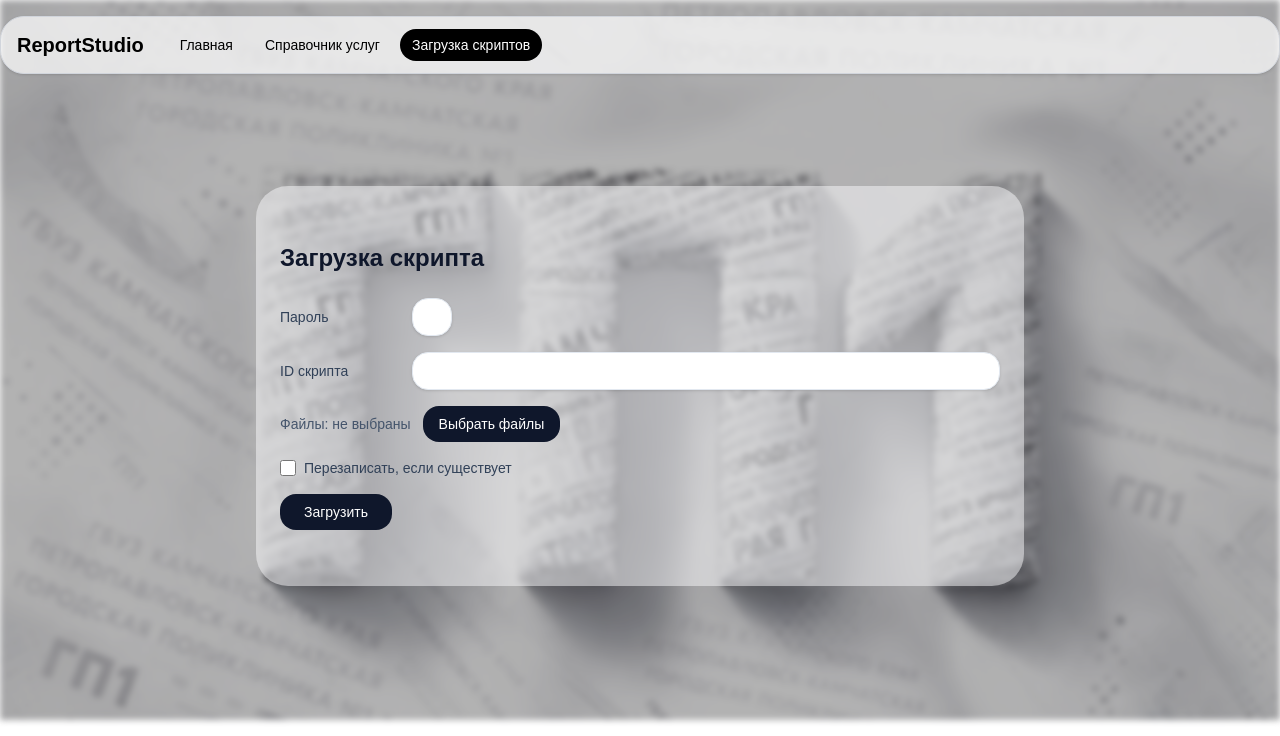
Repository: vladzap2423/report_studio_v2
Page: /load
The author's editor kept a copy of each file at every save. The page is drawn from the files as they stood at one save, then again after the next save.
The browser window is 1280 px wide. The pictures show the whole page.
The project was rebuilt for these pictures with package versions that can differ from the ones it lists, and the page was loaded fresh each time. The framework's server and built-in components were replaced by stand-ins that run in the browser. Also part of the build but not shown: next.config.ts.

Above is the page before, as saved 2026-03-17 15:25:24.

### src/app/layout.tsx
import type { Metadata } from "next";
import { Geist, Geist_Mono } from "next/font/google";
import "./globals.css";
import Header from "./components/Header";

const geistSans = Geist({
  variable: "--font-geist-sans",
  subsets: ["latin"],
});

const geistMono = Geist_Mono({
  variable: "--font-geist-mono",
  subsets: ["latin"],
});

export const metadata: Metadata = {
  title: "Create Next App",
  description: "Generated by create next app",
};

export default function RootLayout({
  children,
}: Readonly<{
  children: React.ReactNode;
}>) {
  return (
    <html lang="en">
      <body
        className={`${geistSans.variable} ${geistMono.variable} antialiased`}
      >
        <Header

          title="ReportStudio"
          links={[
            { label: "Главная", href: "/" },
            { label: "Справочник услуг", href: "/services" },
            { label:"Загрузка скриптов", href: "/load"}
          ]}
        />
        {children}
      </body>
    </html>
  );
}

### src/app/load/page.tsx
"use client";

import { useState, useRef, useCallback } from "react";

export default function LoadPage() {
  const [password, setPassword] = useState("");
  const [id, setId] = useState("");
  const [files, setFiles] = useState<File[]>([]);
  const [overwrite, setOverwrite] = useState(false);
  const [error, setError] = useState<string | null>(null);
  const [success, setSuccess] = useState<string | null>(null);
  const [loading, setLoading] = useState(false);

  const inputRef = useRef<HTMLInputElement | null>(null);

  const onPickClick = useCallback(() => {
    inputRef.current?.click();
  }, []);

  const handlePicked = useCallback((picked: File[]) => {
    setFiles(picked);
  }, []);

  const uploadScripts = useCallback(async () => {
    setError(null);
    setSuccess(null);

    if (!files.length) return setError("Выберите файлы скрипта.");
    if (!id.trim()) return setError("Укажите ID скрипта.");
    if (password !== "Zx44tfW") return setError("Неверный пароль.");

    setLoading(true);
    try {
      const fd = new FormData();
      fd.append("scriptId", id.trim());
      fd.append("password", password);
      if (overwrite) fd.append("overwrite", "1");
      for (const f of files) fd.append("files", f, (f as any).webkitRelativePath || f.name);

      const res = await fetch("/api/scripts/upload", { method: "POST", body: fd });
      if (!res.ok) throw new Error(`HTTP ${res.status}`);

      setSuccess("Скрипт загружен.");
      setFiles([]);
      setId("");
      setPassword("");
      if (inputRef.current) inputRef.current.value = "";
    } catch {
      setError("Не удалось загрузить скрипт.");
    } finally {
      setLoading(false);
    }
  }, [files, id, password, overwrite]);

  return (
      <div className="mx-auto max-w-3xl px-6 py-14 bg-gray-50/50 rounded-4xl mt-28">
        <h1 className="text-2xl font-semibold text-slate-900 mb-6">Загрузка скрипта</h1>

        <div className="grid gap-3 sm:grid-cols-[120px_1fr] sm:items-center mb-4">
          <label className="text-sm font-medium text-slate-700">Пароль</label>
          <input
            type="password"
            value={password}
            onChange={(e) => setPassword(e.target.value)}
            className="w-10 rounded-2xl border border-slate-200 bg-white px-4 py-2 text-sm text-slate-900 shadow-sm focus:outline-none focus:ring-4 focus:ring-slate-200"
          />
        </div>

        <div className="grid gap-3 sm:grid-cols-[120px_1fr] sm:items-center mb-4">
          <label className="text-sm font-medium text-slate-700">ID скрипта</label>
          <input
            type="text"
            value={id}
            onChange={(e) => setId(e.target.value)}
            className="w-full rounded-2xl border border-slate-200 bg-white px-4 py-2 text-sm text-slate-900 shadow-sm focus:outline-none focus:ring-4 focus:ring-slate-200"
          />
        </div>

        <div className="flex flex-wrap items-center gap-3 mb-4 text-sm text-slate-600">
          <div>Файлы: {files.length ? `${files.length} шт.` : "не выбраны"}</div>
          <button
            type="button"
            onClick={onPickClick}
            className="rounded-2xl bg-slate-900 px-4 py-2 text-white hover:bg-slate-800"
          >
            Выбрать файлы
          </button>
          <input
            ref={inputRef}
            type="file"
            multiple
            className="hidden"
            onChange={(e) => {
              const picked = Array.from(e.target.files || []);
              if (!picked.length) return;
              handlePicked(picked);
            }}
            {...({ webkitdirectory: "true"} as any)}
          />
        </div>

        <div className="flex items-center gap-2 mb-4">
          <input
            type="checkbox"
            checked={overwrite}
            onChange={(e) => setOverwrite(e.target.checked)}
            id="overwrite"
            className="w-4 h-4 rounded border-slate-300 text-slate-900 focus:ring-slate-200"
          />
          <label htmlFor="overwrite" className="text-sm text-slate-700">Перезаписать, если существует</label>
        </div>

        {error && <div className="mb-4 rounded-2xl border border-rose-200 bg-rose-50 px-4 py-3 text-sm text-rose-700">{error}</div>}
        {success && <div className="mb-4 rounded-2xl border border-emerald-200 bg-emerald-50 px-4 py-3 text-sm text-emerald-700">{success}</div>}

        <button
          type="button"
          onClick={uploadScripts}
          disabled={loading}
          className="rounded-2xl bg-slate-900 px-6 py-2 text-white text-sm font-medium hover:bg-emerald-600 disabled:opacity-50"
        >
          {loading ? "Загрузка..." : "Загрузить"}
        </button>
      </div>
  );
}

### src/app/globals.css
@import "tailwindcss";

:root {
  --background: #ffffff;
  --foreground: #171717;
  color-scheme: light;
}

@theme inline {
  --color-background: var(--background);
  --color-foreground: var(--foreground);
  --font-sans: var(--font-geist-sans);
  --font-mono: var(--font-geist-mono);
}

body {
  background: var(--background);
  color: var(--foreground);
  font-family: Arial, Helvetica, sans-serif;
  position: relative; /* важно для ::before */
  min-height: 100vh;
}

body::before {
  content: "";
  position: fixed;
  top: 0;
  left: 0;
  width: 100%;
  height: 100%;
  background-image: url("/fon.png");
  background-size: cover;
  background-position: center;
  background-repeat: no-repeat;
  filter: blur(3px) brightness(0.7);
  z-index: -1; /* чтобы контент был поверх фона */
}

### src/app/components/Header.tsx
"use client";

import React from "react";
import Link from "next/link";
import { usePathname } from "next/navigation";

type HeaderProps = {
  title?: string;
  links?: { label: string; href: string }[];
};

const Header: React.FC<HeaderProps> = ({ title = "ReportStudio", links = [] }) => {
  const pathname = usePathname();

  return (
    <header className="w-full flex justify-center mt-4">
      <div className="w-full max-w-7xl px-4 py-3 flex items-center space-x-6 bg-white/70 border border-gray-300 rounded-3xl shadow-sm">

        {/* Название */}
        <div className="text-xl font-semibold text-black">
          {title}
        </div>

        {/* Меню */}
        <nav className="flex space-x-2">
          {links.map((link) => {
            const isActive = pathname === link.href;

            return (
              <Link
                key={link.href}
                href={link.href}
                className={`px-3 py-1.5 rounded-3xl text-sm transition-colors ${
                  isActive
                    ? "bg-black text-white"
                    : "text-black hover:bg-gray-100"
                }`}
              >
                {link.label}
              </Link>
            );
          })}
        </nav>

      </div>
    </header>
  );
};

export default Header;

After the next save:
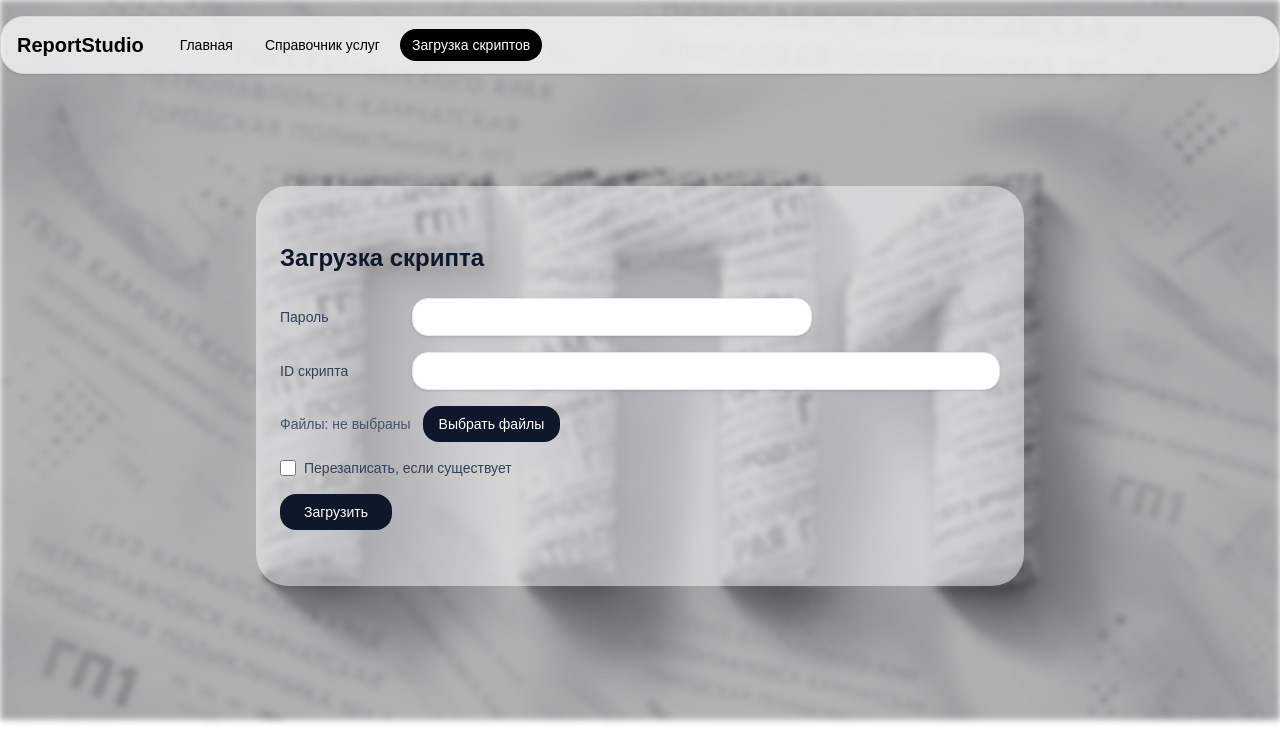
Saved 6 s later.
--- a/src/app/load/page.tsx
+++ b/src/app/load/page.tsx
@@ -62,7 +62,7 @@ export default function LoadPage() {
             type="password"
             value={password}
             onChange={(e) => setPassword(e.target.value)}
-            className="w-10 rounded-2xl border border-slate-200 bg-white px-4 py-2 text-sm text-slate-900 shadow-sm focus:outline-none focus:ring-4 focus:ring-slate-200"
+            className="w-100 rounded-2xl border border-slate-200 bg-white px-4 py-2 text-sm text-slate-900 shadow-sm focus:outline-none focus:ring-4 focus:ring-slate-200"
           />
         </div>
 
